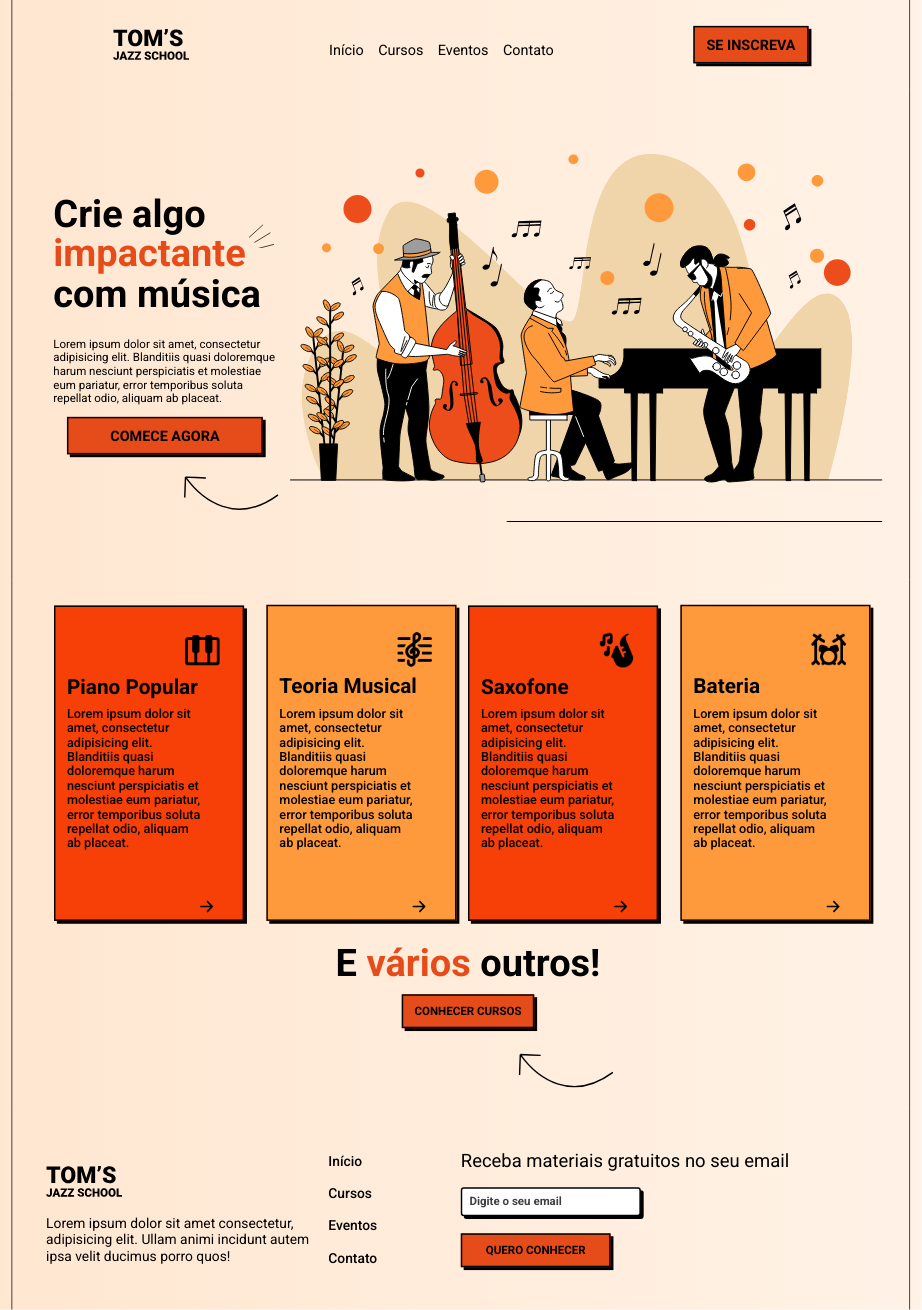
Repository: guilhermecardoso93/obebitecode
Page: index.html
The author's editor kept a copy of each file at every save. The page is drawn from the files as they stood at one save, then again after the next save.
The browser window is 1280 px wide. The pictures show the whole page, at 72% of full size.

Above is the page before, as saved 2023-08-16 21:20:34.

After the next save:
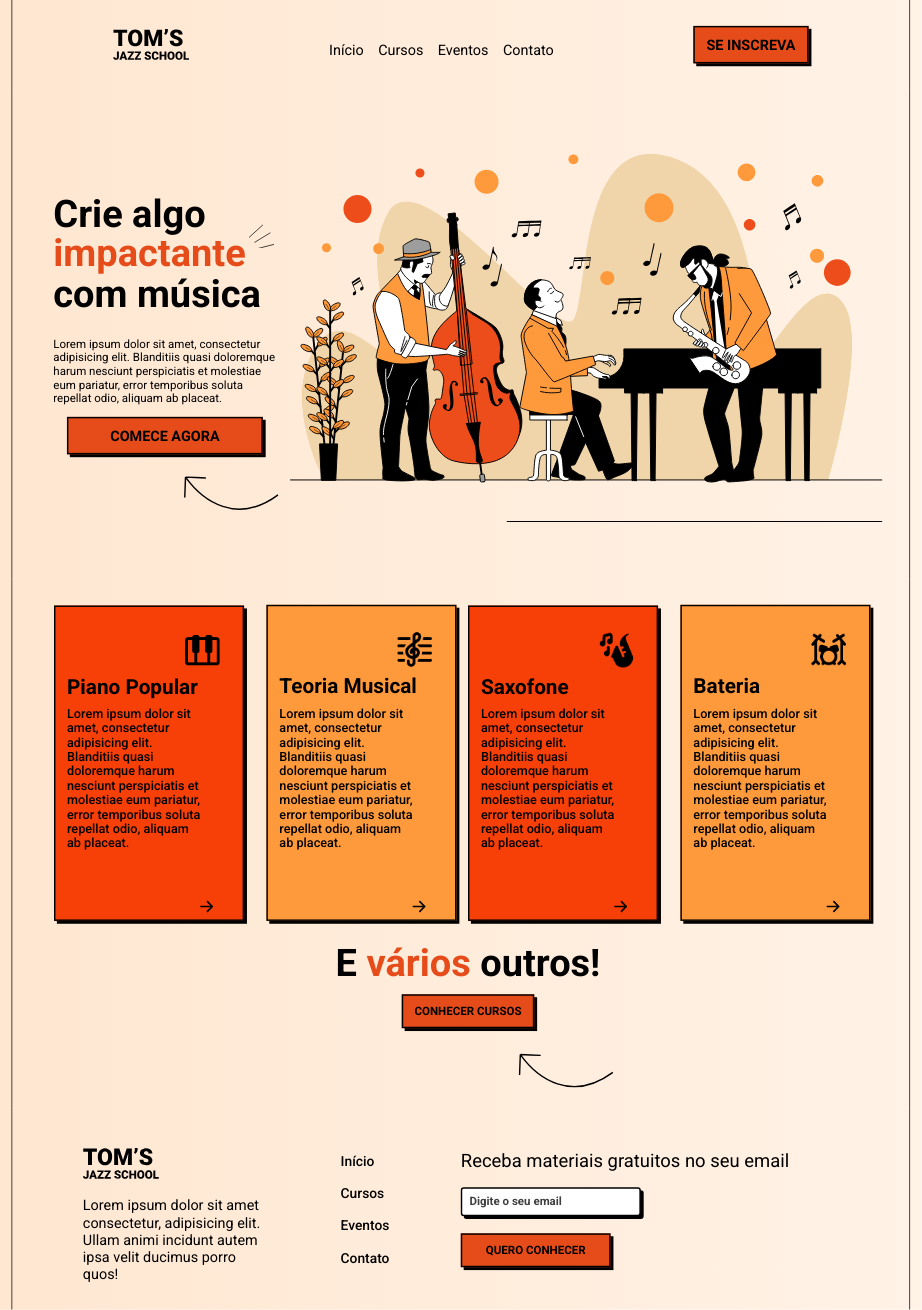
Saved 38 s later.
--- a/css/responsivo.css
+++ b/css/responsivo.css
@@ -52,6 +52,11 @@
     flex: 2
   }
 
+  footer .about p {
+    font-size: 1.25rem;
+    max-width: 16rem;
+  }
+
   footer nav {
     flex: 1
   }
